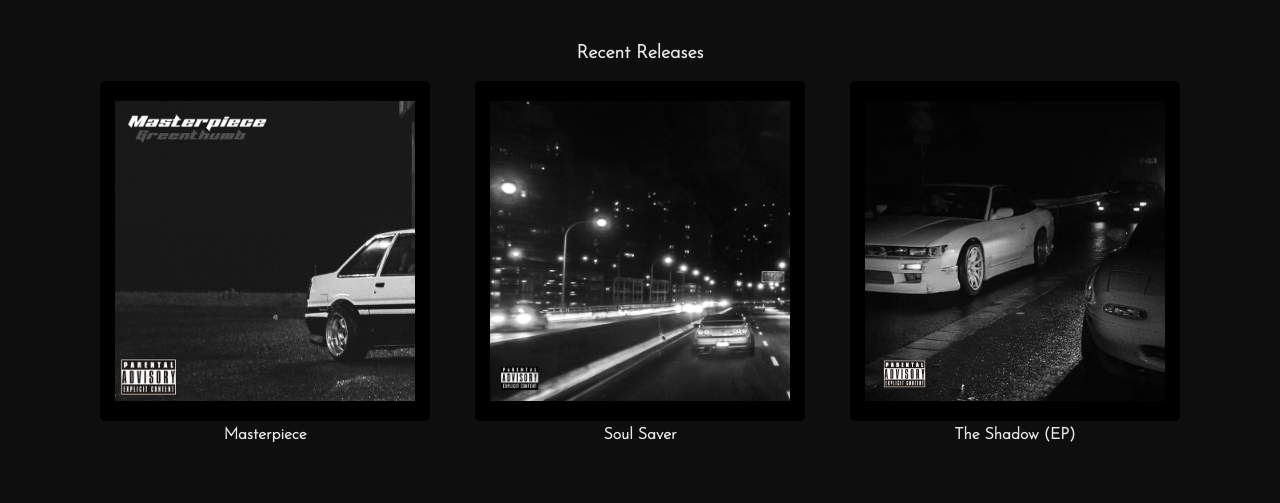
Repository: shayanabedi98/Greenthumb
Page: index.html
The author's editor kept a copy of each file at every save. The page is drawn from the files as they stood at one save, then again after the next save.
The browser window is 1280 px wide. The pictures show the part of the page from y = 734 to 1243 px (the page is 1237 px tall before and 1243 px after).

Above is the page before, as saved 2023-08-15 13:35:50.

After the next save:
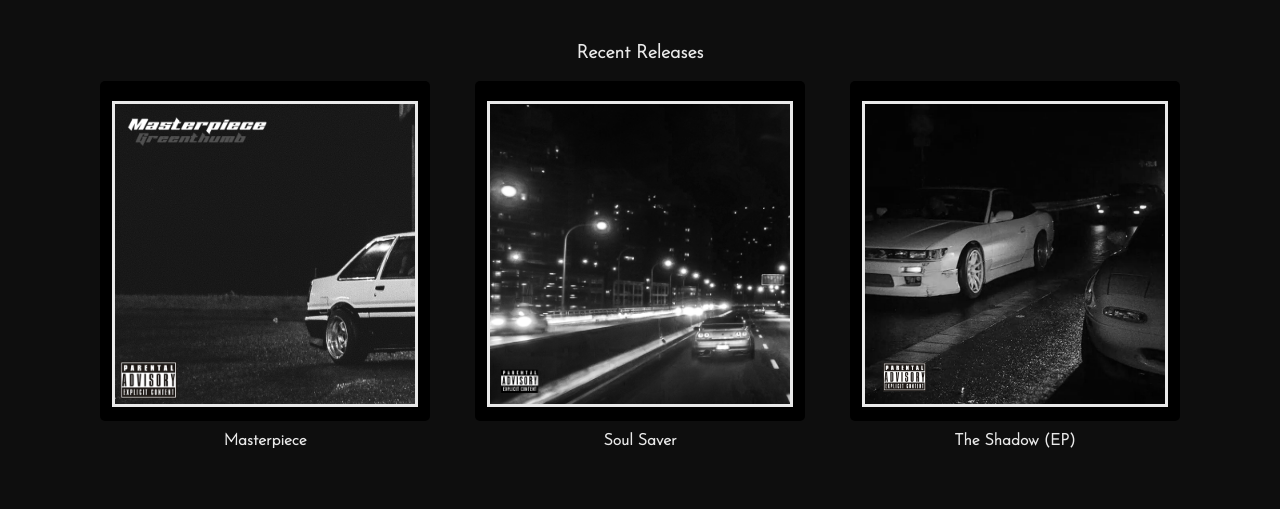
Saved 14 s later.
--- a/styles.css
+++ b/styles.css
@@ -64,6 +64,7 @@
     height: 300px;
     width: 300px;
     box-shadow: 0 0 3px 0 black;
+    border: 3px solid;
 }
 
 .card img:hover {
